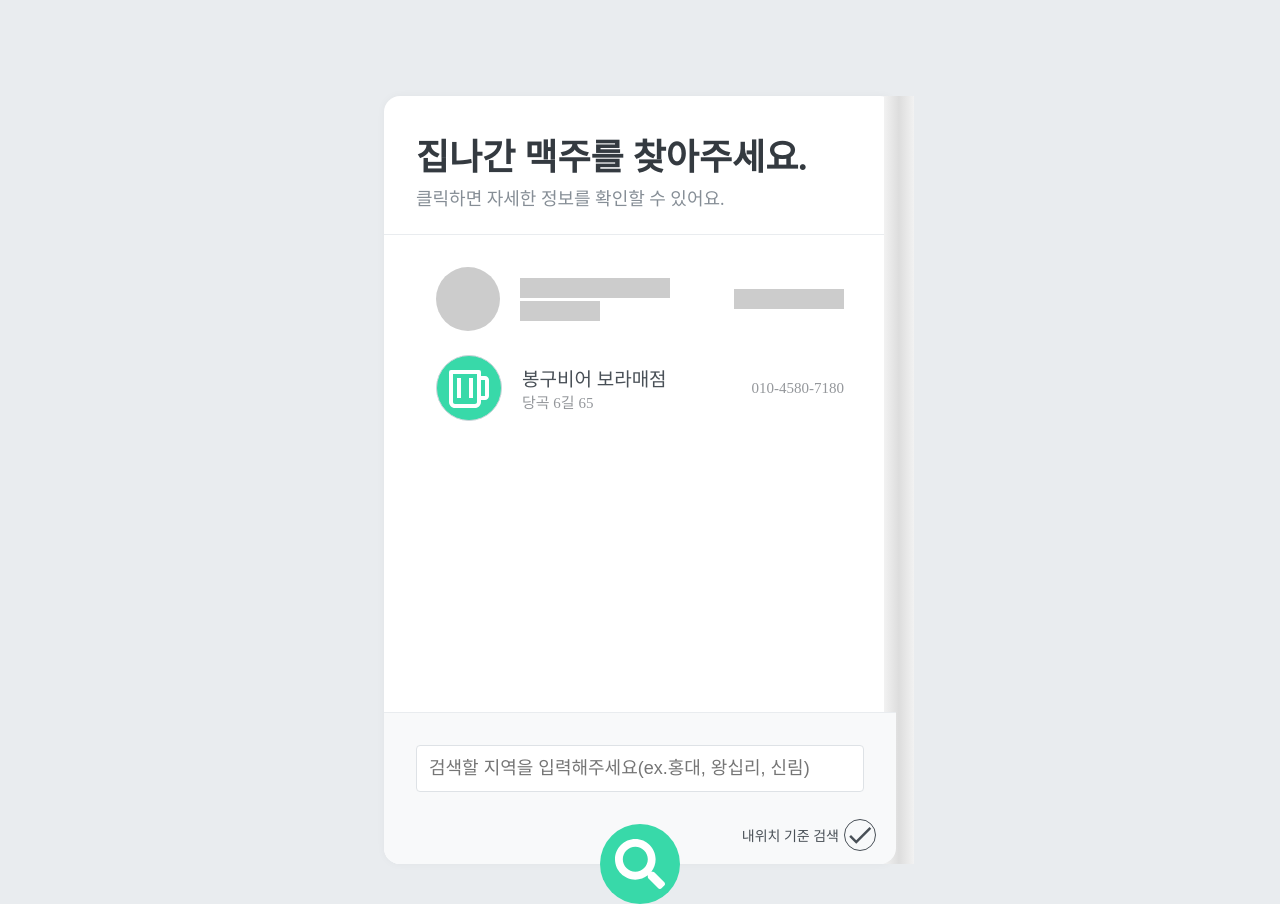
Repository: THE-SOPT-WEB/kimNamjun
Page: / (app in week4/bring-my-beer/)
These files come from the project's save history. The page is drawn as it stood at one moment and after the next save; the edit follows.
The browser window is 1280 px wide. The pictures show the whole page.
The project was rebuilt for these pictures with package versions that can differ from the ones it lists, and the page was loaded fresh each time.

Above is the page before, as saved 2022-05-13 03:55:51.

After the next save:
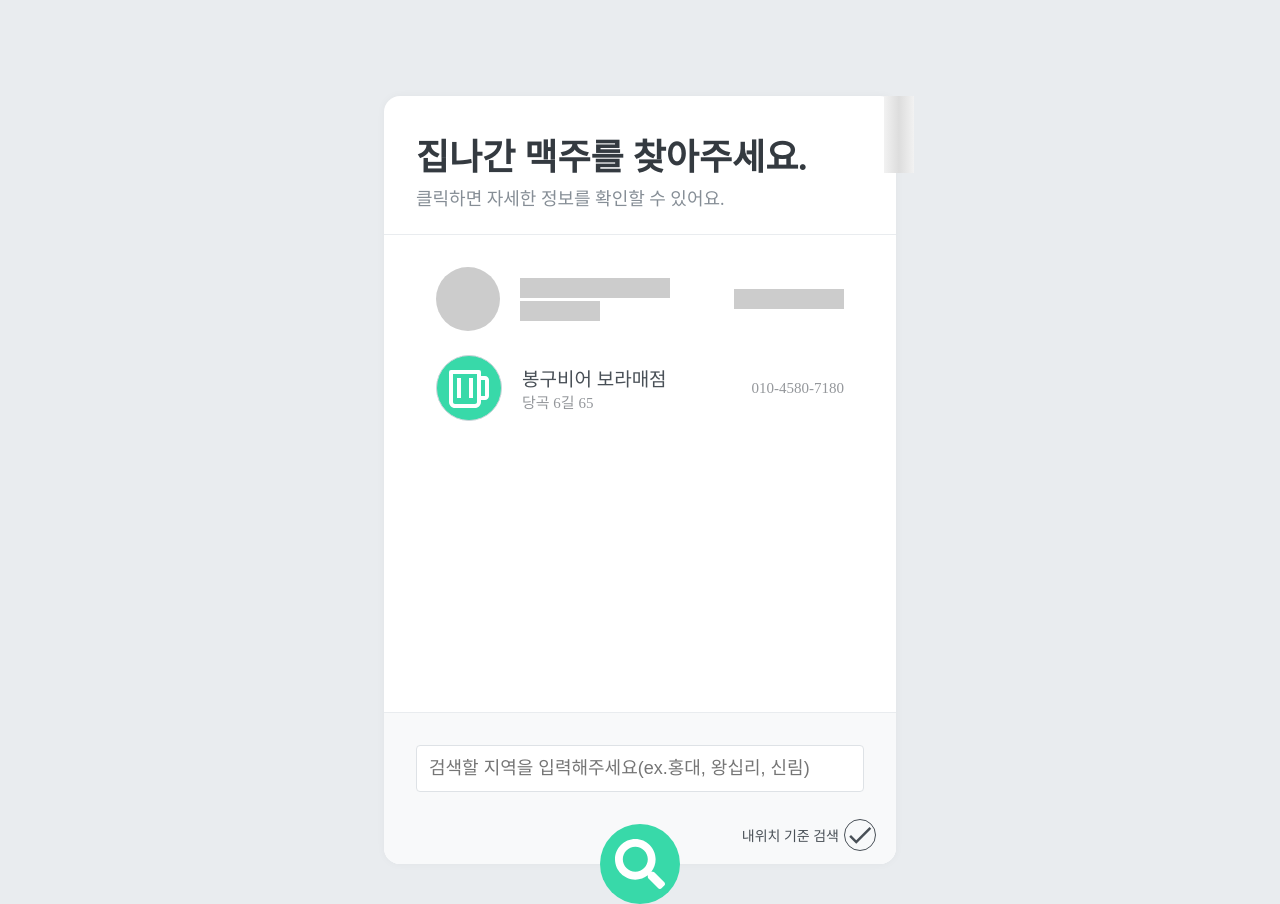
Saved 37 s later.
--- a/week4/bring-my-beer/src/components/SkeletonItem.jsx
+++ b/week4/bring-my-beer/src/components/SkeletonItem.jsx
@@ -26,7 +26,7 @@ const SkeletonBlock = styled.div`
         top: 0;
         left: 0;
         width: 30px;
-        height: 100%;
+        height: 10%;
         background: linear-gradient(to right, #f2f2f2, #ddd, #f2f2f2);
         animation: loading 2s infinite linear;
     }
